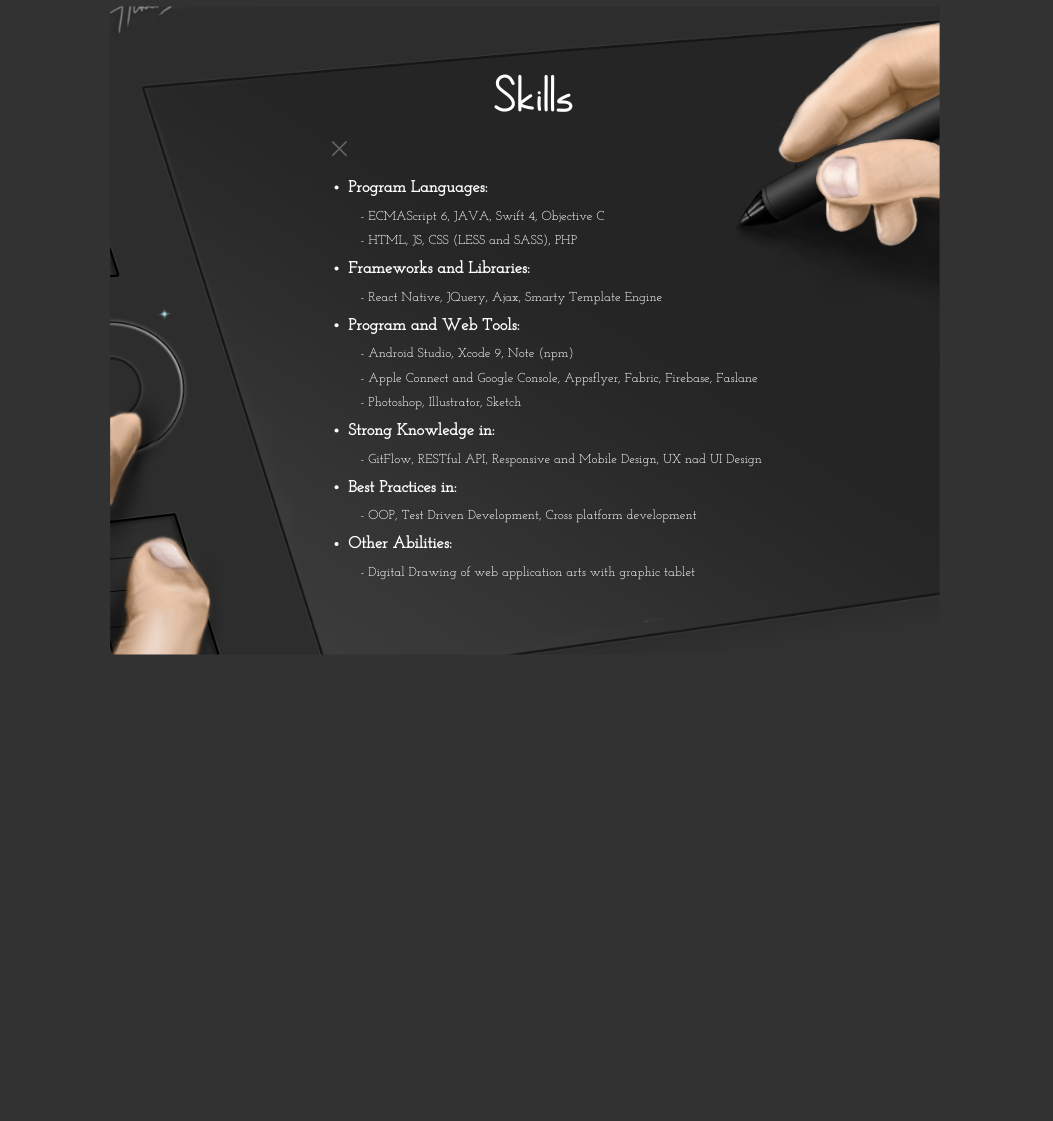
Repository: nikichanko/cv
Page: index.html
The author's editor kept a copy of each file at every save. The page is drawn from the files as they stood at one save, then again after the next save.
The browser window is 1280 px wide. The page is 1300 px wide, so the pictures cover 1300 px, including what lies to the right of the window. The pictures show the whole page, at 81% of full size.
After loading, the first visible `div.item` was clicked once.

Above is the page before, as saved 2018-08-09 20:49:40.

After the next save:
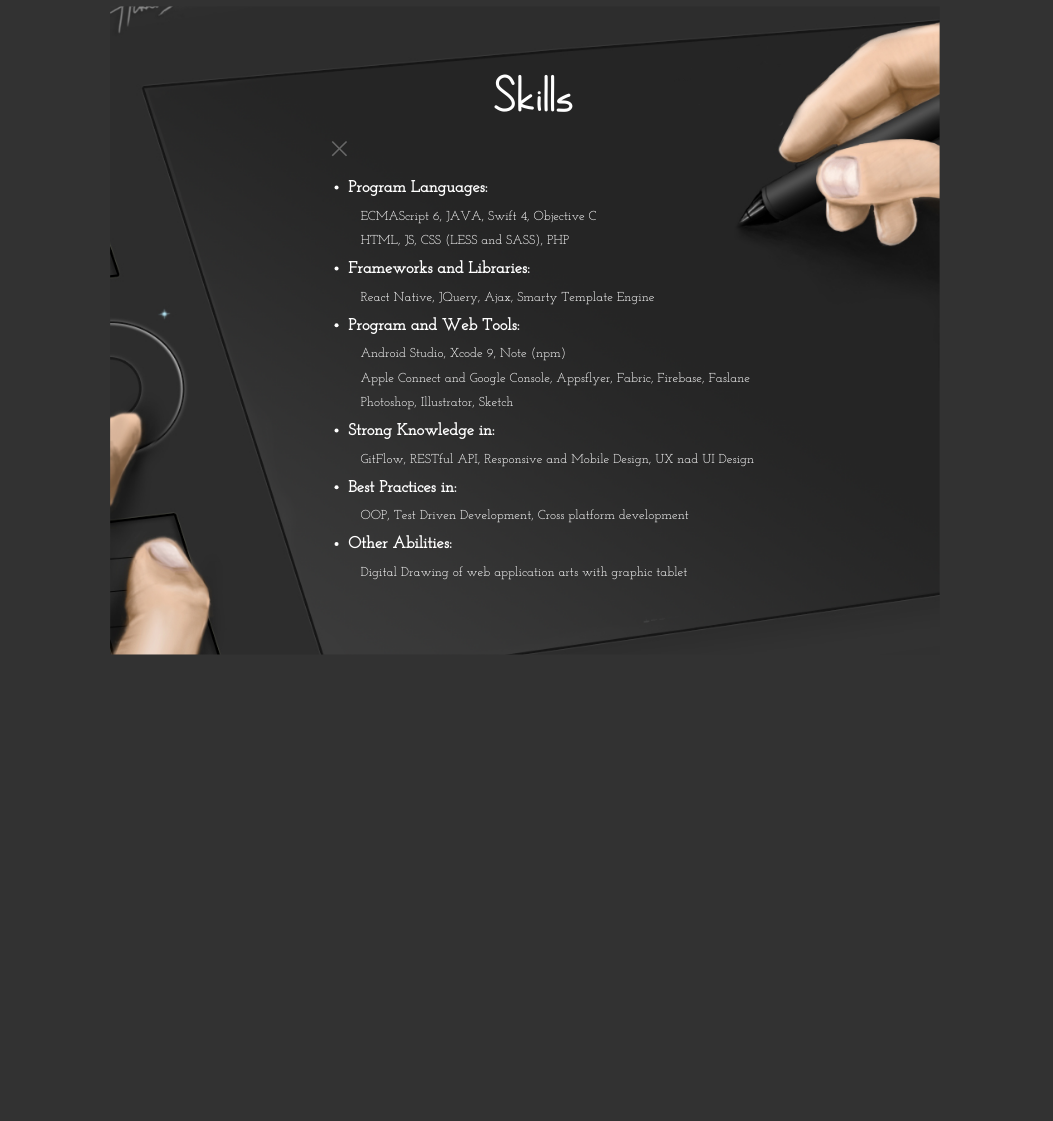
Saved 30 s later.
--- a/css/styles.css
+++ b/css/styles.css
@@ -101,9 +101,6 @@
   font-size: 16px;
   margin-left: 15px;
 }
-.content.skills ol:before {
-  content: " - "
-}
 
 .item:hover {
   color: #a4cbe6;

After the 2 saves that followed:
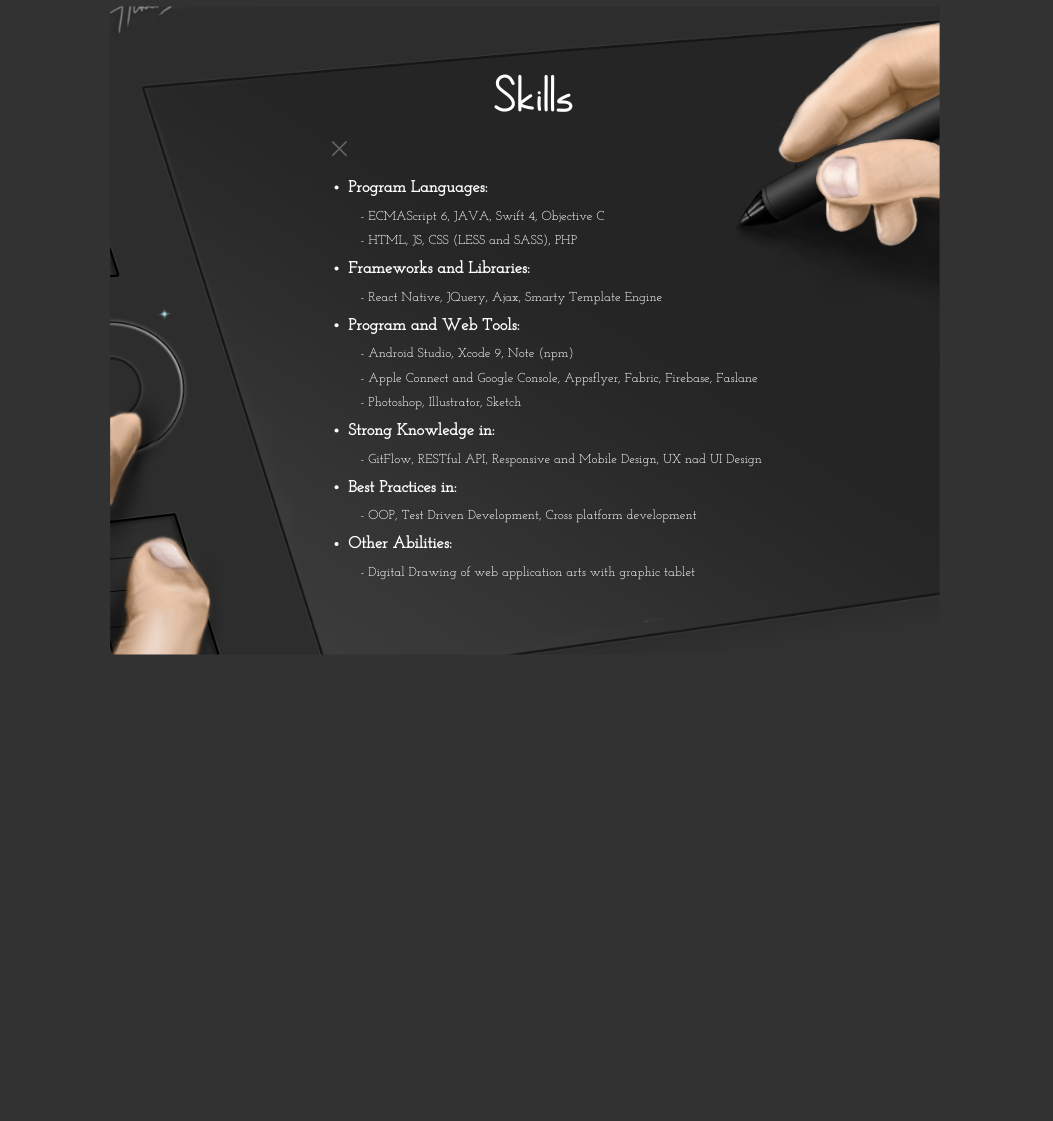
The 2 saves are shown as one change because 1 left the picture as it was.
The last was saved 32 s later.
--- a/css/styles.css
+++ b/css/styles.css
@@ -101,6 +101,10 @@
   font-size: 16px;
   margin-left: 15px;
 }
+.content.skills ol:before {
+  content: " - ";
+  text-indent: -5px;
+}
 
 .item:hover {
   color: #a4cbe6;
